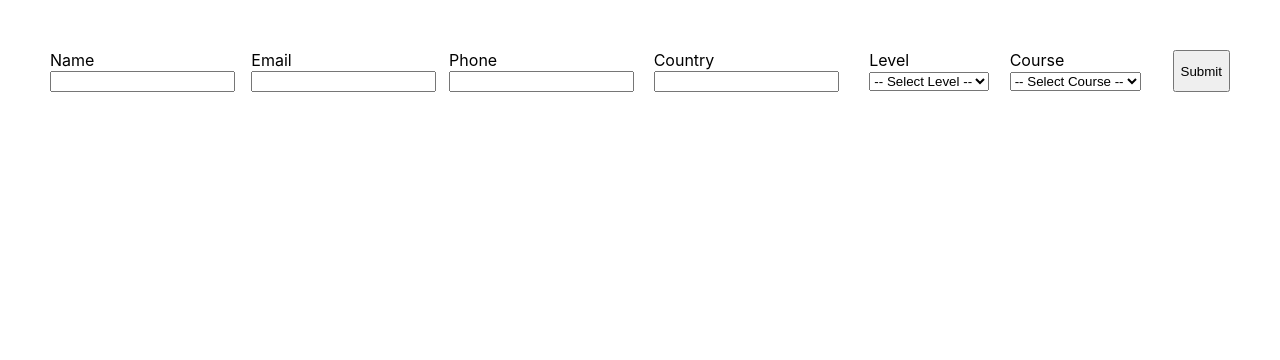
Repository: talha-mahmood/form_react
Page: /
An editor plug-in stored every save of this project. The page is shown before and after a run of saves, followed by the edit.
The browser window is 1280 px wide. The pictures show the whole page.
The project was rebuilt for these pictures with package versions that can differ from the ones it lists, and the page was loaded fresh each time.

Above is the page before, as saved 2023-03-13 16:03:51.

### public/index.html
<!DOCTYPE html>
<html lang="en">
  <head>
    <meta charset="utf-8" />
    <link rel="icon" href="%PUBLIC_URL%/favicon.ico" />
    <meta name="viewport" content="width=device-width, initial-scale=1" />
    <meta name="theme-color" content="#000000" />
    <meta
      name="description"
      content="Web site created using create-react-app"
    />

    <link rel="apple-touch-icon" href="%PUBLIC_URL%/logo192.png" />
    <!--
      manifest.json provides metadata used when your web app is installed on a
      user's mobile device or desktop. See https://developers.google.com/web/fundamentals/web-app-manifest/
    -->
    <link rel="manifest" href="%PUBLIC_URL%/manifest.json" />
    <!--
      Notice the use of %PUBLIC_URL% in the tags above.
      It will be replaced with the URL of the `public` folder during the build.
      Only files inside the `public` folder can be referenced from the HTML.

      Unlike "/favicon.ico" or "favicon.ico", "%PUBLIC_URL%/favicon.ico" will
      work correctly both with client-side routing and a non-root public URL.
      Learn how to configure a non-root public URL by running `npm run build`.
    -->
    <title>React App</title>
  </head>
  <body>
    <noscript>You need to enable JavaScript to run this app.</noscript>
    <div id="root"></div>

    <!--
      This HTML file is a template.
      If you open it directly in the browser, you will see an empty page.

      You can add webfonts, meta tags, or analytics to this file.
      The build step will place the bundled scripts into the <body> tag.

      To begin the development, run `npm start` or `yarn start`.
      To create a production bundle, use `npm run build` or `yarn build`.
    -->
  </body>
</html>

### src/App.js
import './App.css';
import React, { useState } from 'react';

const App=()=>{
  const [name, setName] = useState('');
  const [email, setEmail] = useState('');
  const [phone, setPhone] = useState('');
  const [country, setCountry] = useState('');
  const [level, setLevel] = useState('');
  const [course, setCourse] = useState('');

  const handleSubmit = (event) => {
    event.preventDefault();
    // TODO: handle form submission
  }

  return (
    <div>
    <form onSubmit={handleSubmit}>
      <div>
        <label htmlFor="name">Name</label>
        <input
          type="text"
          id="name"
          value={name}
          onChange={(event) => setName(event.target.value)}
          required
        />
      </div>
      <br/>
      <div>
        <label htmlFor="email">Email</label>
        <input
          type="email"
          id="email"
          value={email}
          onChange={(event) => setEmail(event.target.value)}
          required
        />
      </div>
      <br/>
      <div>
        <label htmlFor="phone">Phone</label>
        <input
          type="tel"
          id="phone"
          value={phone}
          onChange={(event) => setPhone(event.target.value)}
          required
        />
      </div>
      <br/>
      <div>
        <label htmlFor="country">Country</label>
        <input
          type="text"
          id="country"
          value={country}
          onChange={(event) => setCountry(event.target.value)}
          required
        />
      </div>
      <br/>
      <div>
        <label htmlFor="level">Level</label>
        <select id="level" value={level} onChange={(event) => setLevel(event.target.value)} required>
          <option value="">-- Select Level --</option>
          <option value="Beginner">Beginner</option>
          <option value="Intermediate">Intermediate</option>
          <option value="Advanced">Advanced</option>
        </select>
      </div>
      <br/>
      <div>
        <label htmlFor="course">Course</label>
        <select id="course" value={course} onChange={(event) => setCourse(event.target.value)} required>
          <option value="">-- Select Course --</option>
          <option value="Quranic Arabic">Quranic Arabic</option>
          <option value="Tafseer">Tafseer</option>
          <option value="Hifz">Hifz</option>
        </select>
      </div>
           <br/>
      <button type="submit">Submit</button>
    </form>
    </div>
  );
}

export default App;

### src/App.css
.App {
  text-align: center;
}

.App-logo {
  height: 40vmin;
  pointer-events: none;
}

@media (prefers-reduced-motion: no-preference) {
  .App-logo {
    animation: App-logo-spin infinite 20s linear;
  }
}

.App-header {
  background-color: #282c34;
  min-height: 100vh;
  display: flex;
  flex-direction: column;
  align-items: center;
  justify-content: center;
  font-size: calc(10px + 2vmin);
  color: white;
}

.App-link {
  color: #61dafb;
}

@keyframes App-logo-spin {
  from {
    transform: rotate(0deg);
  }
  to {
    transform: rotate(360deg);
  }
}

form{
  padding: 50px;
  display: flex;
  flex
}

Loaded but not shown: src/index.js (common file); src/index.css (common file); src/reportWebVitals.js (common file)

After the next 2 saves:
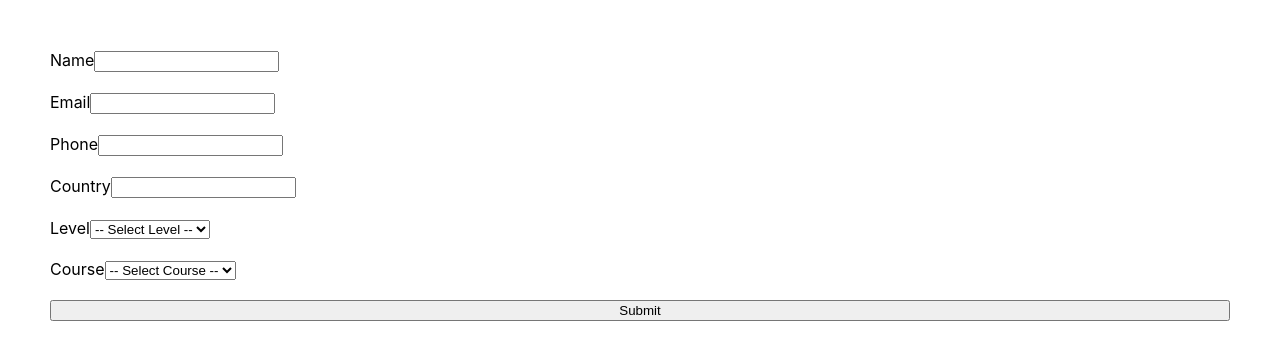
The 2 saves are shown as one change because they came seconds apart.
The last was saved 9 s later.
--- a/src/App.css
+++ b/src/App.css
@@ -40,5 +40,5 @@
 form{
   padding: 50px;
   display: flex;
-  flex
+  flex-direction: column;
 }
